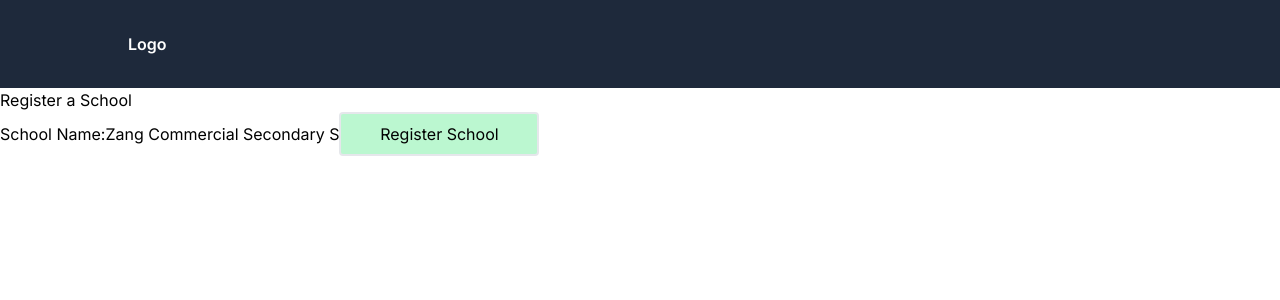
Repository: marcusdashe/fullstack-ts
Page: /school
The author's editor kept a copy of each file at every save. The page is drawn from the files as they stood at one save, then again after the next save.
The browser window is 1280 px wide. The pictures show the whole page.
The page's requests for data from a server got no answer. The project was rebuilt for these pictures with package versions that can differ from the ones it lists, and the page was loaded fresh each time. The framework's server and built-in components were replaced by stand-ins that run in the browser. No one was signed in, and anything a server would have sent is missing. Also part of the build but not shown: next.config.js.

Above is the page before, as saved 2023-07-28 12:46:46.

After the next save:
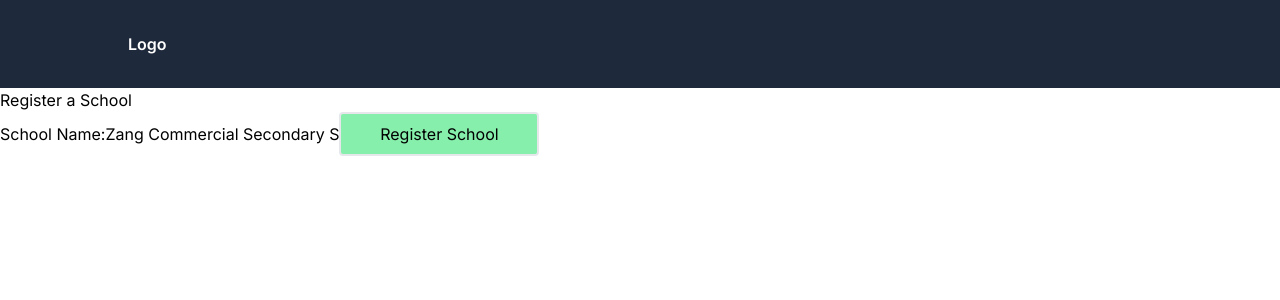
Saved 7 s later.
--- a/app/school/page.tsx
+++ b/app/school/page.tsx
@@ -51,7 +51,7 @@ const RegisterSchoolPage: React.FC = () => {
         </label>
         <button
           type="submit"
-          className="border-2 bg-green-200 rounded p-2 w-[200px]  "
+          className="border-2 bg-green-300 rounded p-2 w-[200px]  "
         >
           Register School
         </button>
